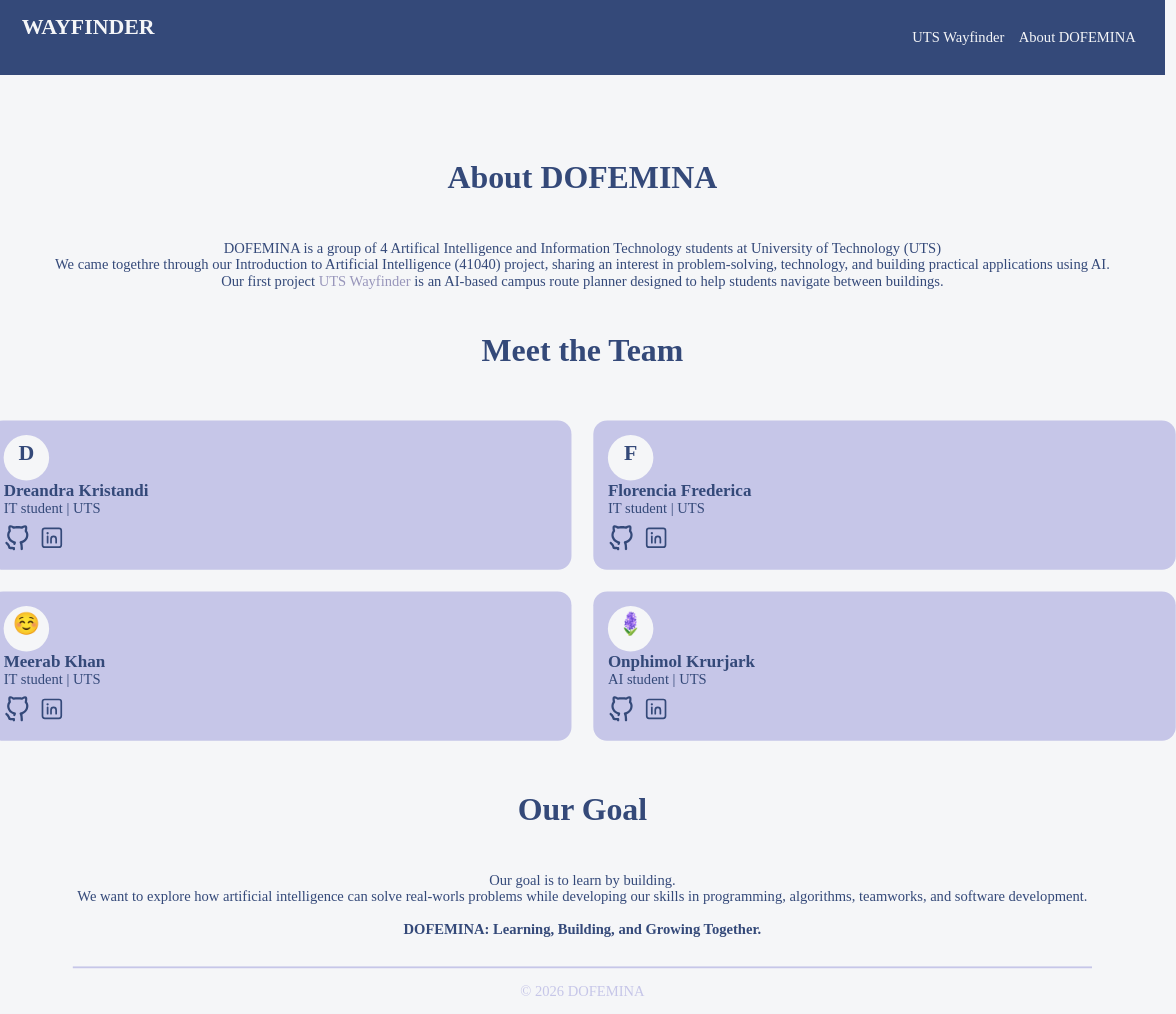
Repository: Meerab-K/uts-wayfinder
Page: html/about.html
These files come from the project's save history. The page is drawn as it stood at one moment and after the next save; the edit follows.
The browser window is 1280 px wide. The page is 1292 px wide, then 1280 px, so the pictures cover 1292 px, including what lies to the right of the window. The pictures show the whole page, at 91% of full size.
Some web fonts or font styles are not loaded; a fallback is used.

Above is the page before, as saved 2026-10-19 21:29:44.

### html/about.html
<!DOCTYPE html>
<html lang="en">
<head>
    <meta charset="UTF-8">
    <meta name="viewport" content="width=device-width, initial-scale=1.0">
    <title>About DOFEMINA - UTS Wayfinder</title>

    <link rel="stylesheet" href="../css/common.css">
    <link rel="stylesheet" href="../css/about.css">
    <link rel="stylesheet" href="../css/responsive.css">

    <!-- Google Fonts -->
    <link rel="preconnect" href="https://fonts.googleapis.com">
    <link rel="preconnect" href="https://fonts.gstatic.com" crossorigin>
    <link href="https://fonts.googleapis.com/css2?family=Maname&display=swap" rel="stylesheet">

</head>
<body>
    <header>
        <nav class="navbar">
            <h1>WAYFINDER</h1>
            <ul>
                <li><a href="index.html">UTS Wayfinder</a></li>
                <li><a href="about.html">About DOFEMINA</a></li>
            </ul>
        </nav>
    </header>

    <main>
        <h2>About DOFEMINA</h2>
        <div class="content-box">
            <p>DOFEMINA is a group of 4 Artifical Intelligence and Information Technology students at University of Technology (UTS)</p>
            <p>We came togethre through our Introduction to Artificial Intelligence (41040) project, sharing an interest in problem-solving, technology, and building practical applications using AI.</p>
            <p>Our first project <span class="highlight">UTS Wayfinder</span> is an AI-based campus route planner designed to help students navigate between buildings.</p>
        </div>

        <h2>Meet the Team</h2>
        <div class="team-contact">
            <div class="card-holder">
                <div class="profile"><span>D</span></div>
                <h3 class="name">Dreandra Kristandi</h3>
                <div class="bio">IT student | UTS</div>
                <div class="contact-link">
                    <a href=""><span class="github-icon"></span></a>
                    <a href=""><span class="linkedin-icon"></span></a>
                </div>
            </div>
            <div class="card-holder">
                <div class="profile"><span>F</span></div>
                <h3 class="name">Florencia Frederica</h3>
                <div class="bio">IT student | UTS</div>
                <div class="contact-link">
                    <a href=""><span class="github-icon"></span></a>
                    <a href=""><span class="linkedin-icon"></span></a>
                </div>
            </div>
            <div class="card-holder">
                <div class="profile"><span>☺️</span></div>
                <h3 class="name">Meerab Khan</h3>
                <div class="bio">IT student | UTS</div>
                <div class="contact-link">
                    <a href=""><span class="github-icon"></span></a>
                    <a href=""><span class="linkedin-icon"></span></a>
                </div>
            </div>
            <div class="card-holder">
                <div class="profile"><span>🪻</span></div>
                <h3 class="name">Onphimol Krurjark</h3>
                <div class="bio">AI student | UTS</div>
                <div class="contact-link">
                    <a href=""><span class="github-icon"></span></a>
                    <a href=""><span class="linkedin-icon"></span></a>
                </div>
            </div>
        </div>

        <h2>Our Goal</h2>
        <div class="content-box">
            <p>Our goal is to learn by building.</p>
            <p>We want to explore how artificial intelligence can solve real-worls problems while developing our skills in programming, algorithms, teamworks, and software development.</p>
            <p><br><b>DOFEMINA: Learning, Building, and Growing Together.</b></p>
        </div>

    </main>

    <footer>
        <p>&copy; 2026 DOFEMINA </p>
    </footer>
</body>
</html>

### css/common.css
:root {
    /*Background*/
    --background-color: #f5f6f8;
    --primary-color: #344979;
    --secondary-color: #9896BB;

    /*Highlight*/
    --highlight-purple: #c6c6e8;
    --highlight-pink: #f7e5eb;

    /*Font*/
    --font: "Maname", serif;
}

* {
    margin: 0;
    padding: 0;
    font-family: var(--font);
}

body {
    background-color: var(--background-color);
    color: var(--primary-color);
    margin: 0;
    padding: 0;
}

main {
    margin-top: 2rem;
}

footer {
    text-align: center;
    margin: 0 5rem;
    padding: 1rem;
    border-top: 2px solid var(--highlight-purple);
    color: var(--highlight-purple);
}

h2 {
    color: var(--primary-color);
    padding: 1rem;
    font-size: 35px;
}

.navbar {
    background-color: var(--primary-color);
    padding: 1rem;
    margin: 0;
    position: fixed;
    top: 0;
    z-index: 100;
    width: 100%;
    display: flex;
    justify-content: space-between;
    box-sizing: border-box;
}

.navbar h1 {
    color: var(--background-color);
    padding: 0 0 0 0.5rem;
}

.navbar ul {
    list-style-type: none;
    display: flex;
    gap: 1rem;
    margin: 1rem;
}

.navbar a {
    text-decoration: none;
    color: var(--background-color);
}

.navbar a:hover {
    color: var(--highlight-purple);
}

.floating-menu-btn {
    position: fixed;
    bottom: 1rem;
    right: 1rem;
    width: 50px;
    height: 50px;
    background-color: var(--primary-color);
    border-radius: 50%;
    display: flex;
    justify-content: center;
    align-items: center;
    cursor: pointer;
    z-index: 1000;
}

.floating-menu-btn span{
    background-color: var(--background-color);
    width: 30px;
    height: 3px;
}

main {
    margin-top: 10rem;
}

### css/about.css
.highlight {
    color: var(--secondary-color);
}

h2 {
    text-align: center;
}

.content-box {
    padding: 2rem;
    text-align: center;
}

.team-contact {
    display: grid;
    grid-template-columns: repeat(2, 50%);
    justify-content: center;
    gap: 24px;
    margin: 40px auto;
}

.card-holder {
    background-color: var(--highlight-purple);
    border-radius: 15px;
    padding: 1rem;
    width: 100%;
    box-sizing: border-box;
}

.profile {
    display: flex;
    align-items: center;
    justify-content: center;

    height: 50px;
    width: 50px;
    border-radius: 50%;
    background-color: var(--background-color);

    font-size: 1.5rem;
    font-weight: bold;
    line-height: 1;
    padding: 0;
    box-sizing: border-box;
}

.profile span {
    display: block;
    transform: translate(0, -6px);
    color: var(--primary-color)
}

.contact-link {
    display: inline-flex;
    gap: 0.5rem;
    margin-top: 0.5rem;
    width: 30px;
    height: auto;
}

.github-icon {
    display: inline-block;
    width: 30px;
    height: 30px;

    background-color: var(--primary-color);
    mask: url("../svg/github.svg") center / contain no-repeat;
}

.github-icon:hover {
    background-color: var(--highlight-pink);
}

.linkedin-icon {
    display: inline-block;
    width: 30px;
    height: 30px;

    background-color: var(--primary-color);
    mask: url("../svg/linkedin.svg") center / contain no-repeat;
}

.linkedin-icon:hover {
    background-color: var(--highlight-pink);
}

### css/responsive.css
@media (max-width: 1000px) {
    /*index.html*/
    #map_section {
        display: block;
    }

    #map_section img {
        width: 100%;
        margin: 0;
    }

    #map_section div h2 {
        text-align: center;
    }

    #map_section div table {
        width: 100%;
    }
}

@media (max-width: 800px) {
    main {
        margin-top: 10rem;
    }

    .navbar {
        text-align: center;
        display: block;
    }

    .navbar ul {
        justify-content: center;
        margin-top: 1.5rem;
        padding: 0.5rem;
        border-top: 1px solid var(--secondary-color);
    }

    /*index.html*/
    form select {
        width: 60%;
    }

    /*about.html*/
}

### svg/github.svg
<?xml version="1.0" encoding="utf-8"?><!-- Uploaded to: SVG Repo, www.svgrepo.com, Generator: SVG Repo
Mixer Tools -->
<svg width="800px" height="800px" viewBox="0 0 24 24" fill="none" xmlns="http://www.w3.org/2000/svg">
    <path
        d="M4.0744 2.9938C4.13263 1.96371 4.37869 1.51577 5.08432 1.15606C5.84357 0.768899 7.04106 0.949072 8.45014 1.66261C9.05706 1.97009 9.11886 1.97635 10.1825 1.83998C11.5963 1.65865 13.4164 1.65929 14.7213 1.84164C15.7081 1.97954 15.7729 1.97265 16.3813 1.66453C18.3814 0.651679 19.9605 0.71795 20.5323 1.8387C20.8177 2.39812 20.8707 3.84971 20.6494 5.04695C20.5267 5.71069 20.5397 5.79356 20.8353 6.22912C22.915 9.29385 21.4165 14.2616 17.8528 16.1155C17.5801 16.2574 17.3503 16.3452 17.163 16.4167C16.5879 16.6363 16.4133 16.703 16.6247 17.7138C16.7265 18.2 16.8491 19.4088 16.8973 20.4002C16.9844 22.1922 16.9831 22.2047 16.6688 22.5703C16.241 23.0676 15.6244 23.076 15.2066 22.5902C14.9341 22.2734 14.9075 22.1238 14.9075 20.9015C14.9075 19.0952 14.7095 17.8946 14.2417 16.8658C13.6854 15.6415 14.0978 15.185 15.37 14.9114C17.1383 14.531 18.5194 13.4397 19.2892 11.8146C20.0211 10.2698 20.1314 8.13501 18.8082 6.83668C18.4319 6.3895 18.4057 5.98446 18.6744 4.76309C18.7748 4.3066 18.859 3.71768 18.8615 3.45425C18.8653 3.03823 18.8274 2.97541 18.5719 2.97541C18.4102 2.97541 17.7924 3.21062 17.1992 3.49805L16.2524 3.95695C16.1663 3.99866 16.07 4.0147 15.975 4.0038C13.5675 3.72746 11.2799 3.72319 8.86062 4.00488C8.76526 4.01598 8.66853 3.99994 8.58215 3.95802L7.63585 3.49882C7.04259 3.21087 6.42482 2.97541 6.26317 2.97541C5.88941 2.97541 5.88379 3.25135 6.22447 4.89078C6.43258 5.89203 6.57262 6.11513 5.97101 6.91572C5.06925 8.11576 4.844 9.60592 5.32757 11.1716C5.93704 13.1446 7.4295 14.4775 9.52773 14.9222C10.7926 15.1903 11.1232 15.5401 10.6402 16.9905C10.26 18.1319 10.0196 18.4261 9.46707 18.4261C8.72365 18.4261 8.25796 17.7821 8.51424 17.1082C8.62712 16.8112 8.59354 16.7795 7.89711 16.5255C5.77117 15.7504 4.14514 14.0131 3.40172 11.7223C2.82711 9.95184 3.07994 7.64739 4.00175 6.25453C4.31561 5.78028 4.32047 5.74006 4.174 4.83217C4.09113 4.31822 4.04631 3.49103 4.0744 2.9938Z"
        fill="currentColor" />
    <path
        d="M3.33203 15.9454C3.02568 15.4859 2.40481 15.3617 1.94528 15.6681C1.48576 15.9744 1.36158 16.5953 1.66793 17.0548C1.8941 17.3941 2.16467 17.6728 2.39444 17.9025C2.4368 17.9449 2.47796 17.9858 2.51815 18.0257C2.71062 18.2169 2.88056 18.3857 3.05124 18.5861C3.42875 19.0292 3.80536 19.626 4.0194 20.6962C4.11474 21.1729 4.45739 21.4297 4.64725 21.5419C4.85315 21.6635 5.07812 21.7352 5.26325 21.7819C5.64196 21.8774 6.10169 21.927 6.53799 21.9559C7.01695 21.9877 7.53592 21.998 7.99999 22.0008C8.00033 22.5527 8.44791 23.0001 8.99998 23.0001C9.55227 23.0001 9.99998 22.5524 9.99998 22.0001V21.0001C9.99998 20.4478 9.55227 20.0001 8.99998 20.0001C8.90571 20.0001 8.80372 20.0004 8.69569 20.0008C8.10883 20.0026 7.34388 20.0049 6.67018 19.9603C6.34531 19.9388 6.07825 19.9083 5.88241 19.871C5.58083 18.6871 5.09362 17.8994 4.57373 17.2891C4.34391 17.0194 4.10593 16.7834 3.91236 16.5914C3.87612 16.5555 3.84144 16.5211 3.80865 16.4883C3.5853 16.265 3.4392 16.1062 3.33203 15.9454Z"
        fill="currentColor" />
</svg>

### svg/linkedin.svg
<?xml version="1.0" encoding="utf-8"?><!-- Uploaded to: SVG Repo, www.svgrepo.com, Generator: SVG Repo
Mixer Tools -->
<svg width="800px" height="800px" viewBox="0 0 192 192" xmlns="http://www.w3.org/2000/svg"
    fill="none">
    <rect width="132" height="132" x="30" y="30" stroke="currentColor" stroke-width="12" rx="16" />
    <path stroke="currentColor" stroke-linecap="round" stroke-linejoin="round" stroke-width="12"
        d="M66 86v44" />
    <circle cx="66" cy="64" r="8" fill="currentColor" />
    <path stroke="currentColor" stroke-linecap="round" stroke-width="12"
        d="M126 130v-26c0-9.941-8.059-18-18-18v0c-9.941 0-18 8.059-18 18v26" />
</svg>

After the next save:
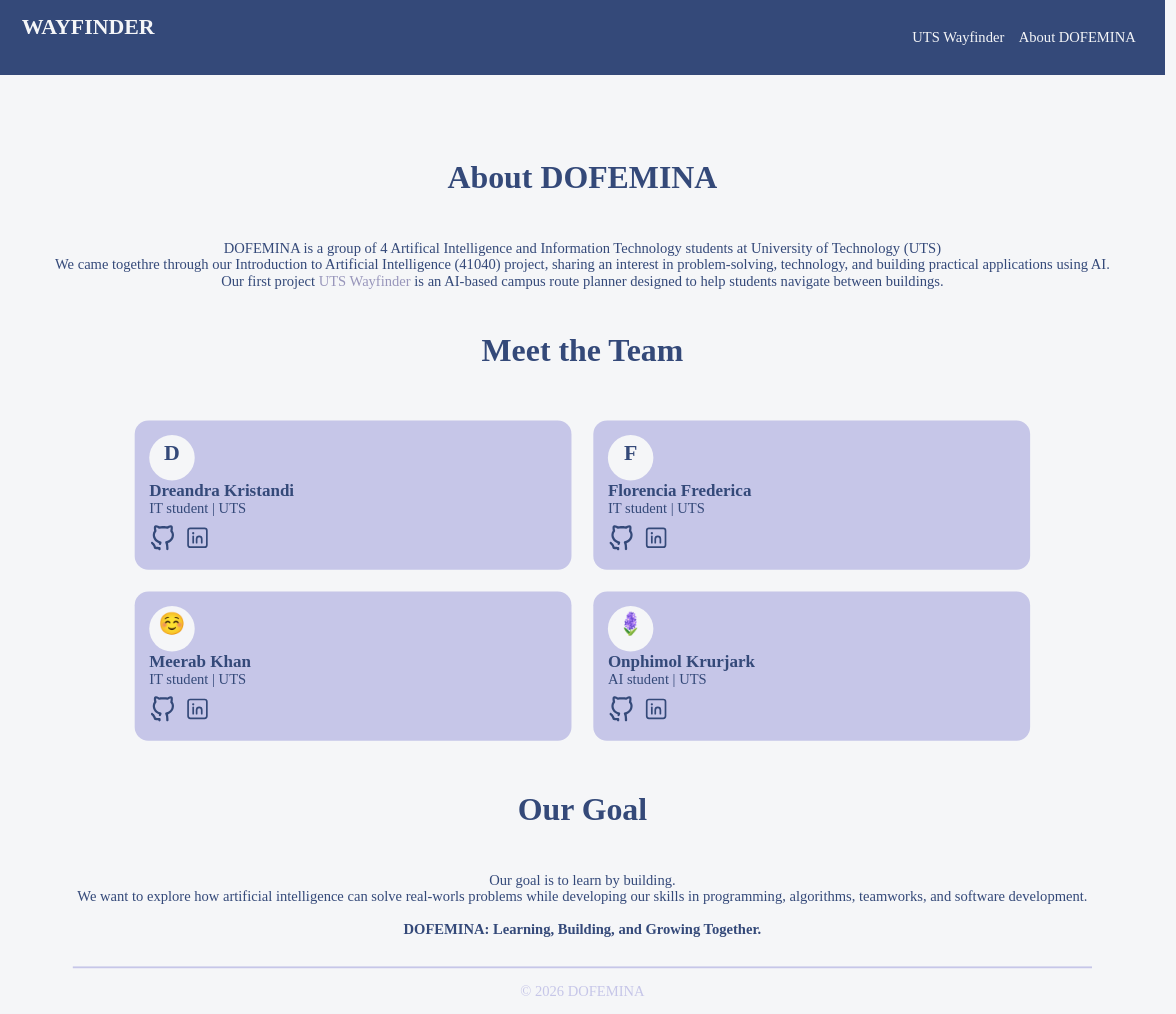
Saved 8 s later.
--- a/css/about.css
+++ b/css/about.css
@@ -13,7 +13,7 @@
 
 .team-contact {
     display: grid;
-    grid-template-columns: repeat(2, 50%);
+    grid-template-columns: repeat(2, 30rem);
     justify-content: center;
     gap: 24px;
     margin: 40px auto;
